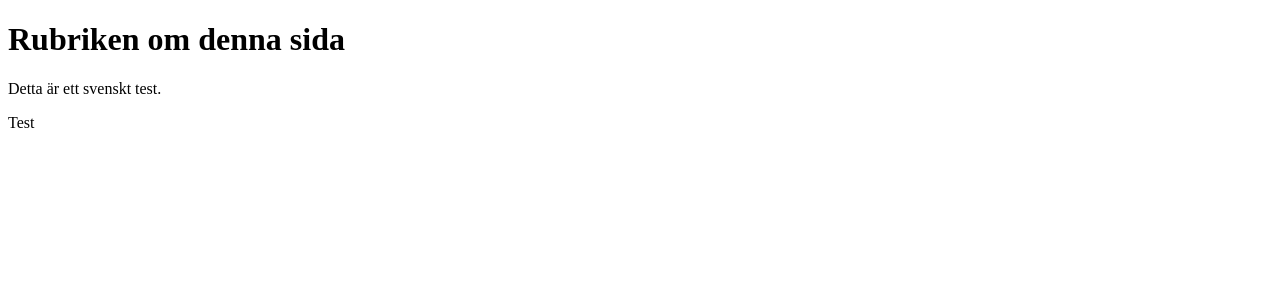
Repository: henriklideberg/labs
Page: index.html
The author's editor kept a record of every edit. The page is drawn from the files as they stood at one moment, then again after the next edit.
The browser window is 1280 px wide. The pictures show the whole page.

Above is the page before.

After the next edit:
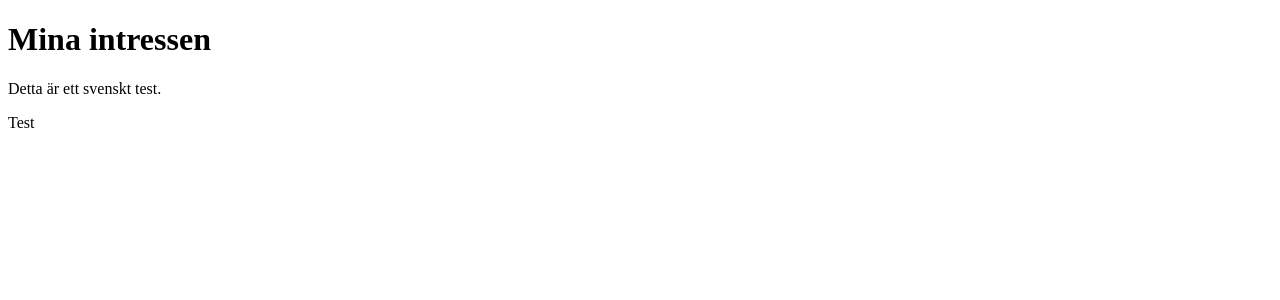
The edit:
--- a/index.html
+++ b/index.html
@@ -5,7 +5,7 @@
         <title>Min första sida</title>
     </head>
     <body>
-        <h1>Rubriken om denna sida</h1>
+        <h1>Mina intressen</h1>
         <p>Detta är ett svenskt test.</p>
         <p>Test</p>
 
